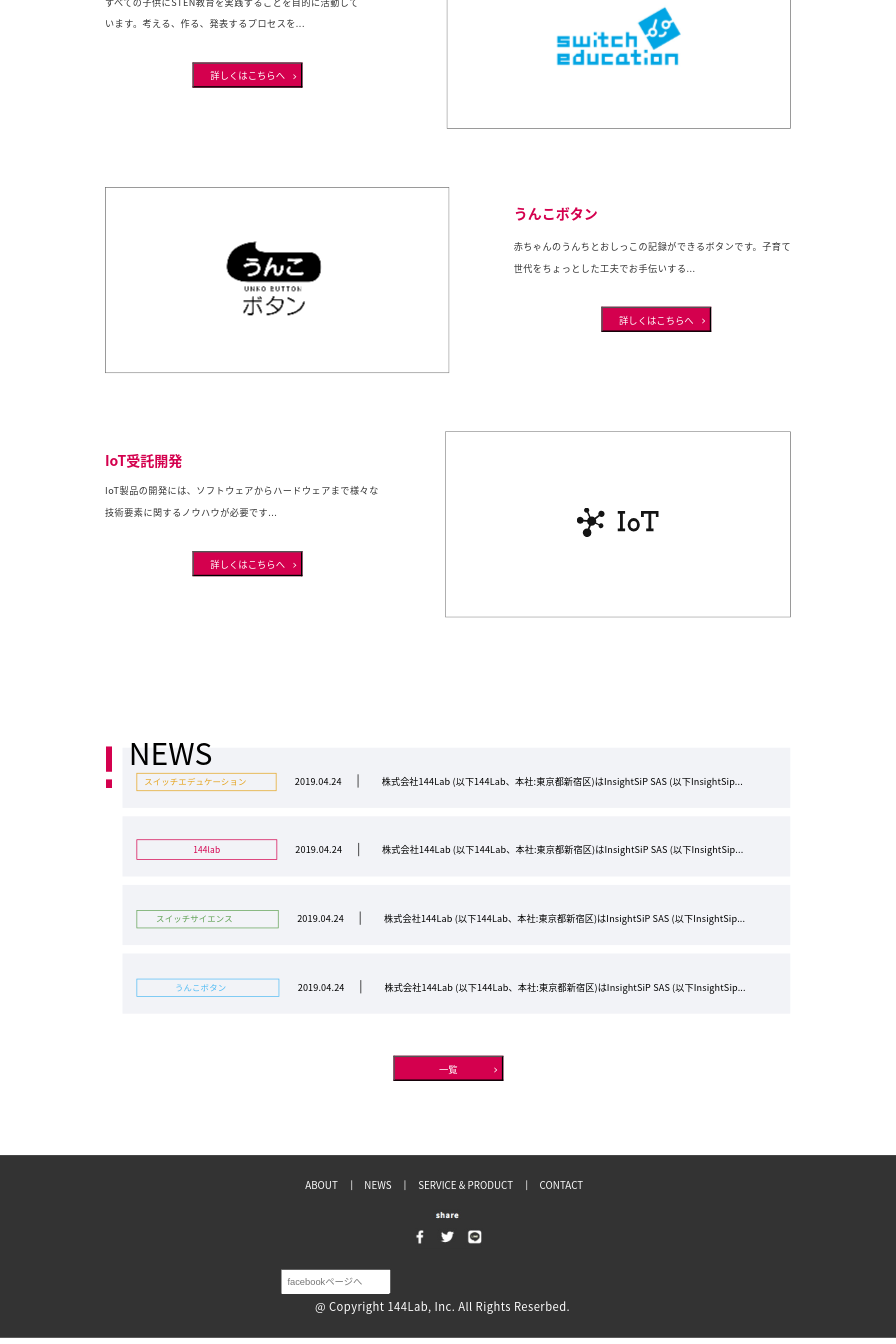
Repository: ppmp556/light-up-git
Page: index.html
An editor plug-in stored every save of this project. The page is shown before and after the next save, followed by the edit.
The browser window is 1280 px wide. The pictures show the part of the page from y = 2043 to 3963 px (the page is 3963 px tall), at 70% of full size.

Above is the page before, as saved 2019-12-27 21:18:05.

### index.html
<!DOCTYPE html>
<html lang="ja">
    <head>
        <meta charset="UTF-8">
        <meta name="viewport" content="width=device-width, initial-scale=1.0">
        <link rel="stylesheet" href="main.css/main.css"  type="text/css">
        <link rel="img" href="images.svg/">
        <title>模写</title>
    </head>
    <body>
        <header class="header">
                <img class="greenbox" src="images.svg/グループ 127.svg">
                <img class="small-redbox" src="images.svg/グループ 152.svg">
                <img class="redboxs" src="images.svg/グループ 148.svg">
                <img class="small-yellowbox" src="images.svg/グループ 149.svg">
                <img class="gray-boxs" src="images.svg/グループ 150.svg">
                <img class="middle-redbox" src="images.svg/グループ 151.svg">
                <img class="big-redbox" src="images.svg/グループ 153.svg">
                <img class="graybox" src="images.svg/グループ 147.svg">
                <h1><img class="nav-logo" src="images.svg/yEVqXX.svg" alt="144lab"></h1>
                <nav class="global-nav">


                        <ul class="nav-itembox">
                            <li><a href="#">ABOUT<br><span class="small">企業情報</span></a></li>
                            <li><a href="#">NEWS<br><span class="small">ニュース</span></a></li>
                            <li><a href="#">SERVICE & PRODUCT<br><span class="small">サービス&製品情報</span></a></li>
                            <li><a href="#">CONTACT<br><span class="small">お問い合わせ</span></a></li>
                        </ul>
                </nav>

                    <h1 class="site-title"><a href="#">Light Up  <br>Your <br>Science </a></h1>
                    <p class="site-title-sub">- 科学をともそう -<br>
                                                <span class="small2">イチヨンヨンラボ</span></p>

        </header>
        <main>
             <section class="about">
              <div class="about-container">
                <img class="exclamation" src="images.svg/グループ 145.svg">
                <h2 class="about-title">ABOUT</h2>
                <div class="about-box">
                                    <p class="about-text">私たちの社会は、10年前、100年前、あるいは1000年前よりも確実に進化しています。科学こそが社会を進化させ、幸せを
                                        つくり出したのだと信じています。科学は与えられるものではなく、私たち自身が開拓し、進化させていくものです。144Labは、
                                        科学に触れ、さらなる開拓と進化に参加する人々を、ちょっとだけお手伝いします。
                                    </p>
                 </div>
                 <button class="redbutton">企業情報</button>
               </div>
            </section>

            <section class="product">
                    <img class="exclamation-product" src="images.svg/グループ 145.svg">
                    <h2 class="product-title">SERVICE & PRODUCT</h2>
                    <ul class="product-wrapper">
                                <li class="product-box">
                                    <img class="product-image-switch" src="images.svg/logo-switch_science.svg">

                                    <div class="text-button">
                                    <h3 class="product-red">株式会社スイッチサイエンス</h3>
                                        <p class="product-text">
                                            最先端のテクノロジーを、より多くの人々が道具として当たり<br>
                                            前に使える世界を目指して活動しています...
                                        </p>
                                        <button class="redbutton2">詳しくはこちらへ</button>
                                    </div>
                            </li>
                                <li class="product-box">
                                    <img class="product-image-education" src="images.svg/logo-switch_education.svg">
                                    <div class="text-button">
                                        <h3 class="product-red2">株式会社スイッチエデュケーション</h3>
                                        <p class="product-text">
                                            すべての子供にSTEN教育を実践することを目的に活動して<br>
                                            います。考える、作る、発表するプロセスを...
                                        </p>
                                        <button class="redbutton2">詳しくはこちらへ</button>
                                    </div>
                                </li>
                                <li class="product-box">
                                    <img class="product-image-fit" src="images.svg/main_3648.fit-scale.svg">
                                    <div class="text-button">
                                        <h3 class="product-red">うんこボタン</h3>
                                            <p class="product-text">
                                                赤ちゃんのうんちとおしっこの記録ができるボタンです。子育て<br>
                                                世代をちょっとした工夫でお手伝いする...
                                            </p>
                                            <button class="redbutton2">詳しくはこちらへ</button>
                                    </div>
                                </li>

                                <li class="product-box">
                                    <img class="product-image-iot" src="images.svg/グループ 183.svg">
                                    <div class="text-button">
                                        <h3 class="product-red2">IoT受託開発</h3>
                                        <p class="product-text">
                                            IoT製品の開発には、ソフトウェアからハードウェアまで様々な<br>
                                            技術要素に関するノウハウが必要です...

                                        </p>
                                        <button class="redbutton2">詳しくはこちらへ</button>
                                　　　</div>
                                </li>
                    </ul>
        </section>
        <section class="news">
             <div class="news-container">

                <img class="exclamation" src="images.svg/グループ 145.svg">
                <h2 class="news-title">NEWS</h2>
                 <ul class="list">
                     <article>
                    <li class="list-item">
                        <div class="list-wrap">
                            <span class="category-education">スイッチエデュケーション</span>
                            <time class="date">2019.04.24</time>
                            <span class="category-news">株式会社144Lab (以下144Lab、本社:東京都新宿区)はInsightSiP SAS (以下InsightSip...</span>
                        </div>
                    </li>
                     </article>
                     <article>
                    <li class="list-item">
                        <div class="list-wrap">
                            <span class="category-lab">144lab</span>
                            <time class="date">2019.04.24</time>
                            <span class="category-news">株式会社144Lab (以下144Lab、本社:東京都新宿区)はInsightSiP SAS (以下InsightSip...</span>
                        </div>
                    </li>
                    </article>
                    <article>
                    <li class="list-item">
                        <div class="list-wrap">
                            <span class="category-sience">スイッチサイエンス</span>
                            <time class="date">2019.04.24</time>
                            <span class="category-news">株式会社144Lab (以下144Lab、本社:東京都新宿区)はInsightSiP SAS (以下InsightSip...</span>
                        </div>
                    </li>
                    </article>
                    <article>
                    <li class="list-item">
                        <div class="list-wrap">
                            <span class="category-fit">うんこボタン</span>
                            <time class="date">2019.04.24</time>
                            <span class="category-news">株式会社144Lab (以下144Lab、本社:東京都新宿区)はInsightSiP SAS (以下InsightSip...</span>
                        </div>
                    </li>
                    </article>
                </ul>
                <button class="redbutton3">一覧</button>
             </div>

        </section>
        </main>
        <footer class="footer">
            <nav>
                <ul class="footer-itembox">
                    <li>ABOUT</li>
                    <li>NEWS</li>
                    <li>SERVICE & PRODUCT</li>
                    <li>CONTACT</li>
                </ul>
            </nav>
              <div class="share-search">
                <img class="share-logo" src="images/logo-kamome_engineering.png">
                <img class="share-logo" src="images.svg/logo-kamome_engineering.svg">
                <input class="search-input" type="text" name="search" placeholder="  facebookページへ">
                <p class="copyright">@ Copyright 144Lab, Inc. All Rights Reserbed.</p>
            </div>
            </footer>
    </body>
</html>

### main.css/main.css
/*CSS共通*/
@charset "UTF-8";



html, body, div, span, applet, object, iframe,
h1, h2, h3, h4, h5, h6, p, blockquote, pre,
a, abbr, acronym, address, big, cite, code,
del, dfn, em, img, ins, kbd, q, s, samp,
small, strike, strong, sub, sup, tt, var,
b, u, i, center,
dl, dt, dd, ol, ul, li,
fieldset, form, label, legend,
table, caption, tbody, tfoot, thead, tr, th, td,
article, aside, canvas, details, embed,
figure, figcaption, footer, header, hgroup,
menu, nav, output, ruby, section, summary,
time, mark, audio, video,img {
	margin: 0;
	padding: 0;
	border: 0;
	font-style:normal;
	font-weight: normal;
	font-size: 100%;
	vertical-align: baseline;
}
article, aside, details, figcaption, figure,
footer, header, hgroup, menu, nav, section {
	display: block;
}
html{overflow-y: scroll;}
blockquote, q {quotes: none;}
blockquote:before, blockquote:after,q:before, q:after {content: ''; content: none;}
input, textarea {margin: 0; padding: 0;}
ol, ul{list-style:none;}
table{border-collapse: collapse; border-spacing:0;}
caption, th{text-align: left;}
a:focus {outline:none;}

body {
    color: #000000;
    background-color: #ffffff;
    font-family: "Noto Sans CJK JP";
    width: 1280px;
    margin-right: auto;
    margin-left : auto;
}

*,*::before, *::after {
    box-sizing: border-box;
}

a:link, a:visited, a:hover, a:active { /*テキストデフォルト下線外し*/
    text-decoration: none;
    color: black;
}


/*css共通ここまで*/

/*オブジェクト*/

.greenbox {
    position: absolute;
    top: -176px;
    left: 150px;
    opacity: 5;

}
.small-redbox {
    position: absolute;
    top: 255.2px;
    left: 603.2px;
}
.redboxs {
   position: absolute;
   top: 222.31px;
   left: 372.97px;

}

.small-yellowbox {
    position: absolute;
    top: 599.7px;
    left: 832.48px;
}
.gray-boxs {
    position: absolute;
    top: 124.2px;
    left: 881.85px;
}
.middle-redbox {
    position: absolute;
    top: 205.6px;
    left: 452.24px;

}
.big-redbox {
    position: absolute;
    top: 266.3px;
    left: 532.3px;
}
.graybox {
    top: 604.4px;
    left: 77.1px;
    position: absolute;
}

/*オブジェクトここまで*/

/*header*/
.header {
    position: relative;
    max-width: 1280px;
    height: 793px;
    background-color: #ffffff;
    text-align: center;
    margin: 0 150px;
}

    /*サイトタイトル*/
    .site-title {
        position: absolute;
        top: 209.5px;
        text-align: left;
        font-size: 76px;
        font-family: 'ITC Avant Garde Gothic';
        line-height: 1.14;
        letter-spacing: 0.075em;
    }
    .site-title a {
        text-decoration: none;
        color: #d4004e;
    }
    /*サイトタイトルここまで*/
    /*サイトサブタイトル*/
    .site-title-sub {
        color: #d4004e;
        position: absolute;
        font-weight: bold;
        font-size: 16px;
        line-height: 1.875;
        letter-spacing: 0.4em;

        top: 507px;
        left: 5px;
    }

    .small2 {
        font-size: 12px;
        font-weight: bold;
        letter-spacing: 0.4em;
        line-height: 2.5px;
    }
    /*サイトサブタイトルここまで*/

/*グローバルナビゲーション*/
.global-nav { /*ナビ大枠*/
    position: relative;
    top: 59px;
    width: 974.5px;
    height: 77px;
    background-color: #ffffff;
    margin: 20px;
    box-shadow: 4px 4px 1px rgba(0, 0, 0, 0.16);
    box-sizing: border-box;
}


.nav-logo { /*ナビのロゴ*/
    width: 168px;
    height: 34px;
    position: absolute;
    margin: 0;
    top: 80px;
    left: 37px;

}

.nav-itembox { /*ナビメニュー*/
    position: absolute;
    display: flex;
    width: 607px;
    height: 35px;
    top: 21px;
    left:  321px;
    padding: 0;
    margin: 0;
}

.nav-itembox li { /*ナビテキスト*/
    list-style: none;
    text-align: center;
    font-size: 14px;
    font-weight: normal;
    line-height: 1.5;
    flex-grow: 1; /*flexの余白分配比率指定*/
}

.nav-itembox  li + li:before { /*ナビの短い縦線,隣接セレクタ,疑似要素*/

    border-left: 1px solid #000000;
    position: absolute;
    display: block;
    content: "";
    top: 50%; /*縦方向に50%*/
    height: 14px;
    margin-top: -7px;

}

.small {
    font-size: 10px;


}


/*グローバルナビゲーションここまで*/

/*アバウトここから*/
.exclamation {
    position: relative;
    top: 119.6px;
    width: 9px;
    height: 60.41px;
}

.about {
    width: 1280px;
    height: 558px;
    position: relative;
    margin-bottom: 118.6px;


}

.about-container {
    top: 107.1px;
    right: 151px;
    width: 977.95px;
    height: 332.28px;
    position: absolute;
}

.about-box {
    position: relative;
    left: 24px;
    width: 953.95px;
    height: 282.5px;
    padding: 66px 55px 62.5px 66px;
    background-color: #f2f3f7;
    z-index: -1;

}

.about-title {
    position: relative;
    font-size: 43px;
    line-height: 1.3;
    width: 137px;
    height: 57px;
    top: 36px;
    margin-left: 23.9px;
}

/*
.about-title::before {
    width: 9px;
    height: 60.41px;
    content: "! ";
    color: #D4004E;
    position: absolute;
    left: -23.9px;

}
*/
.about-text {
    text-align: left;
    background-color: #f2f3f7;
    font-size: 17px;
    letter-spacing: 0.02em;
    line-height: 2.35;
    width: 833px;
    height: 154px;
}

button {
    background-color: #D4004E;
    color: #ffffff;
    font-family: "Noto Sans CJK JP";
}

.redbutton { /*赤ボタン大枠*/
    position: relative;
    font-size: 13px bold;

    justify-content: center;
    align-items: center;

    line-height: 1.3;
    left: 410.82px;
    width: 157.12px;
    height: 35.8px;
    display: inline-block;

    top: -17.9px;

}
.redbutton::before { /*疑似要素*/
    content: '';
    width: 5.31px;
    height: 5.31px;
    border-top: solid 1px #ffffff;
    border-right: solid 1px #ffffff;
    transform: rotate(45deg);/*rotateで要素回転指定,角度deg: 45°*/
    position: absolute;
    top: 50%;
    left: 139.9px;
}

/*アバウトここまで*/

/*プロダクトここから*/

.exclamation-product {
    position: relative;
    top: 83.8px;
    width: 9px;
    height: 60.41px;

}

.product { /*プロダクト大枠*/
    position: relative;
    width: 980px;
    height: 1426.28px;
    left: 150px;
    bottom: 50px;

}


.product-title { /*プロダクトタイトル*/
    position: relative;
    font-size: 43px;
    line-height: 1.3;

    left: 32.95px;

}

/*
.product-title::before {
    width: 9px;
    height: 60.41px;
    content: "! ";
    color: #D4004E;
    position: absolute;
    left: -23.9px;

}
*/

.product-wrapper {
    list-style: none;
    margin-top: 60px;

}

.product-box {
    display: flex;
    justify-content: space-between;

}


li.product-box:nth-child(even) {
    flex-direction: row-reverse;
}
/*スイッチサイエンス*/
.product-image-switch {
    border: 1px solid #707070;
    background-color: #ffffff;
    padding: 74px 106px 75.6px 117px;
    margin-bottom: 74px;
    z-index: 2;
}


/*スイッチエデュケーション*/
.product-image-education {
    border: 1px solid #707070;
    background-color: #ffffff;
    margin-bottom: 83px;
    padding: 72px 105px;
    z-index: 2;
}
/*うんこボタン*/
.product-image-fit {
    border: 1px solid #707070;
    background-color: #ffffff;
    margin-bottom: 83px;
    padding: 74px 106px 75.6px 117px;
}
/*IoT受託開発*/
.product-image-iot {
    border: 1px solid #707070;
    background-color: #ffffff;
    padding: 108.1px 188.4px 114.1px 187.3px;

}

/*プロダクト会社名*/
.product-red {
    position: relative;
    color: #D4004E;
    font-size: 20px;
    font-weight: bold;
    flex-direction: column;
    top: 23px;


}
.product-red2 {
    position: relative;
    color: #D4004E;
    font-size: 20px;
    font-weight: bold;
    flex-direction: column;
    top: 26px;


}


.product-text {
    color: #333333;
    font-size: 13px;
    letter-spacing: 0.055em;
    line-height: 2.38;
    margin-top: 41px;
    text-align: left;
}


.redbutton2 { /*product用赤ボタン大枠*/
    position: relative;
    font-size: 13px bold;
    display: inline-block;
    align-items: center;

    line-height: 1.3;
    left: 125.3px;
    width: 157.12px;
    height: 35.8px;

    top: 39.6px;
    margin-top: auto;

}

.redbutton2::before { /*疑似要素*/
    content: '';
    width: 5.31px;
    height: 5.31px;
    border-top: solid 1px #ffffff;
    border-right: solid 1px #ffffff;
    transform: rotate(45deg);/*rotateで要素回転指定,角度deg: 45°*/
    position: absolute;
    top: 50%;
    left: 139.9px;
}


/*プロダクトここまで*/
/*newsここから*/
.news { /*news大枠*/
    position: relative;
    width: 978px;
    height: 499.28px;
    left: 151px;
    top: 73.6px;
    margin-bottom: 181px;

}

.news-title { /*newsタイトル*/
    position: relative;
    font-size: 43px;
    line-height: 1.3;
    top: 35px;
    left: 32.95px;
}

/*
.news-title::before {
    width: 9px;
    height: 60.41px;
    content: "! ";
    color: #D4004E;
    position: absolute;
    left: -23.9px;

}
*/

.list{ /*履歴大枠*/
    border: #707070;
    list-style: none;
    position: relative;
    left: 24px;
    z-index: -1;

}



.list-item {
    height: 86px;
    width: 954px;
    margin-bottom: 12px;
    background: #f2f3f7;
    display: flex;

}


.list-wrap {
    position: relative;
    top: 33px;
    left: 20px;
    font-size: 13px;
    letter-spacing: 0.015em;
    line-height: 2.38;
    flex-grow: 1;
}


.date {
    padding-left: 23px;
    padding-right: 22.9px;
    border-right: 1px solid #000000;
}

.category-news {
    padding-left: 30.1px;
}


span.category-education {
    border: 1px solid #e5a31c;
    padding: 5px 42px 5px 10px;
    color: #e5a31c;
    font-size: 12px;
    font-family: "ITC Avant Garde Gothic";

}
span.category-lab {
    border: 1px solid #d4004e;
    padding: 5px 80px 5px 80px;
    color: #d4004e;
    font-size: 12px;
    font-family: "Noto Sans CJK JP";

}
span.category-sience {
    border: 1px solid #5fa153;
    padding: 5px 65px 5px 27px;
    color: #5fa153;
    font-size: 12px;
    font-family: "ITC Avant Garde Gothic";
}
span.category-fit {
    border: 1px solid #50bbf4;
    padding: 5px 75px 5px 54px;
    color: #50bbf4;
    font-size: 12px;
    font-family: "ITC Avant Garde Gothic";
}



.redbutton3 { /*news用ボタン*/
    position: relative;
    font-size: 13px bold;
    display: inline-block;
    align-items: center;

    line-height: 1.3;
    width: 157.12px;
    height: 35.8px;

    margin-top: 48.6px;
    left: 410.8px;



}

.redbutton3::before { /*疑似要素*/
    content: '';
    width: 5.31px;
    height: 5.31px;
    border-top: solid 1px #ffffff;
    border-right: solid 1px #ffffff;
    transform: rotate(45deg);/*rotateで要素回転指定,角度deg: 45°*/
    position: absolute;
    top: 50%;
    left: 139.9px;
}


/*newsここまで*/


/*footerここから*/
.footer {
    position: relative;
    width: 100%;
    height: 261px;
    background-color: #333333;
    top: 96.6px;
    bottom: 0;
}



.footer-itembox { /*フッターナビメニュー*/
    position: relative;
    display: flex;
    left:0;
    top: 32.9px;
    color: #ffffff;
    box-sizing: border-box;
    width: 435px;
    left: 417px;
}

.footer-itembox li { /*フッターナビテキスト*/
    list-style: none;
    text-align: center;
    font-size: 14px;
    font-weight: normal;
    line-height: 1.5;
    flex-grow: 1; /*flexの余白分配比率指定*/
}

.footer-itembox  li + li:before { /*フッターナビの短い縦線,隣接セレクタ,疑似要素*/

    border-left: 1px solid #ffffff;
    position: absolute;
    display: block;
    content: "";
    top: 50%; /*縦方向に50%*/
    height: 14px;
    margin-top: -7px;

}

.share-search {
    position: relative;

}
.share-logo {
    position: relative;
    top: 50.9px;
    left: 592px;
}

.search-input {
    position: relative;
    width: 157.12px;
    height: 35.8px;
    top: 102.9px;
    left: 200px;

}




.copyright { /*コピーライト*/
    font-size: 9px bold;
    color: #ffffff;
    line-height: 3.1;
    letter-spacing: 0.040em;
    position: absolute;
    top: 170.9px;
    left: 450px;

    padding-bottom: 28.9px;

}

/*footerここまで*/

After the next save:
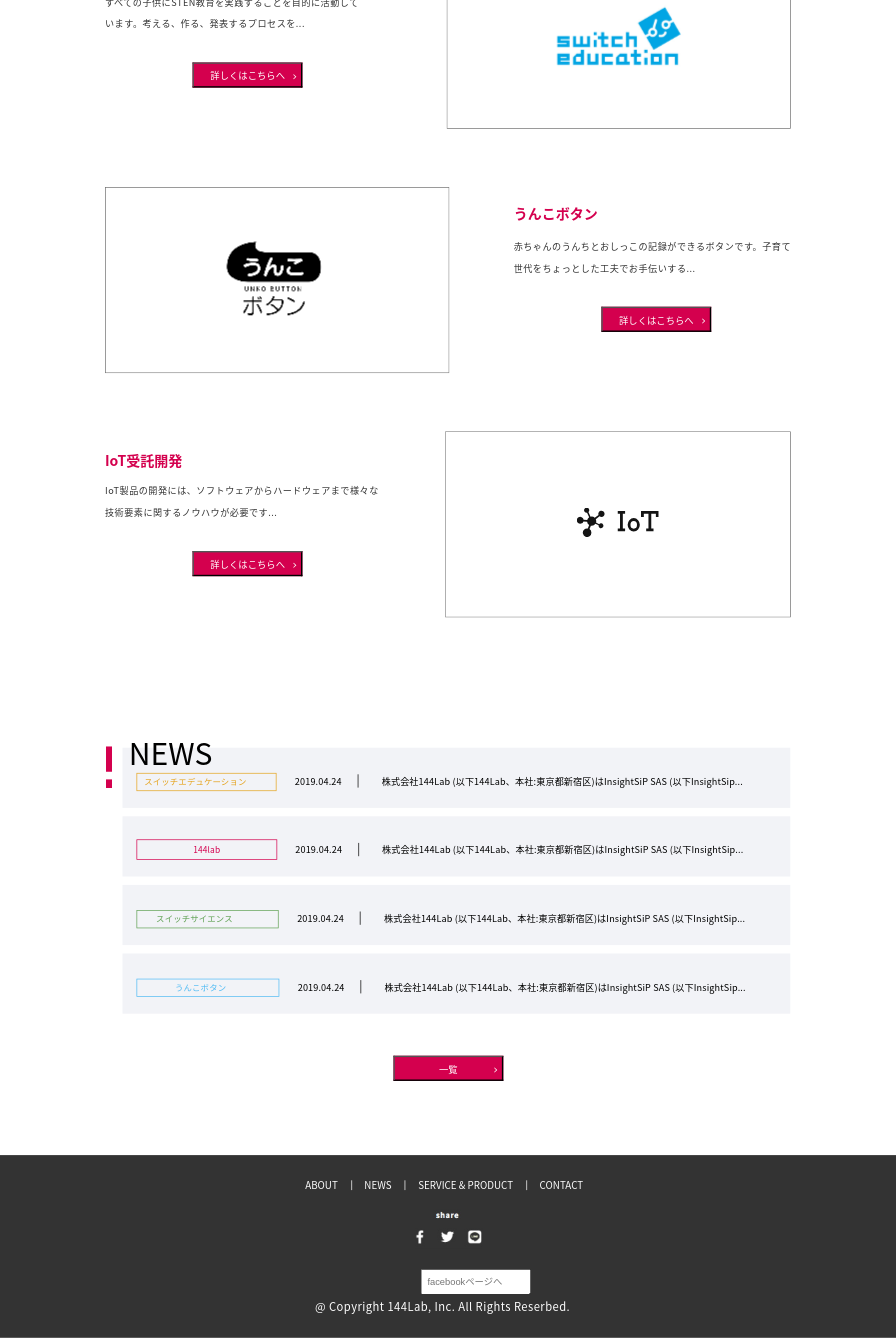
Saved 7 s later.
--- a/main.css/main.css
+++ b/main.css/main.css
@@ -673,7 +673,7 @@
     width: 157.12px;
     height: 35.8px;
     top: 102.9px;
-    left: 200px;
+    left: 400px;
 
 }
 
